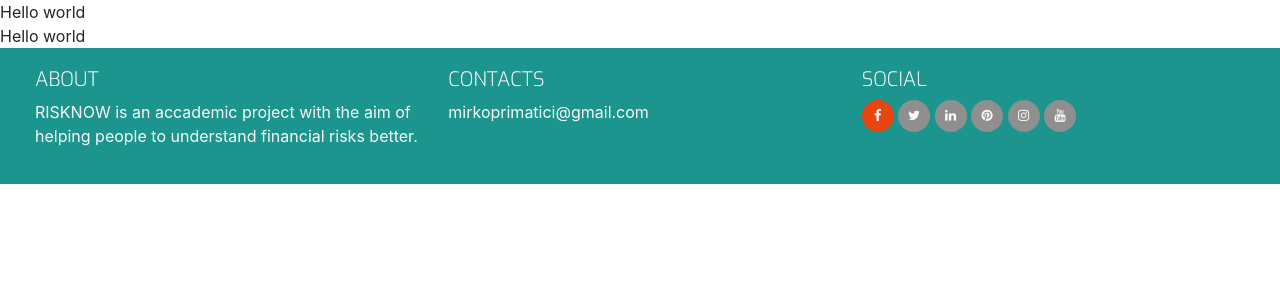
Repository: mirkoprimaticix/risknow.net
Page: index.html
The author's editor kept a record of every edit. The page is drawn from the files as they stood at one moment, then again after the next edit.
The browser window is 1280 px wide. The pictures show the whole page.
The pointer rests on the first visible `.social-links li a i`.
Some web libraries are served in a nearby version.

Above is the page before.
Console error: TypeError: Cannot read properties of undefined (reading 'fn')

After the next edit:
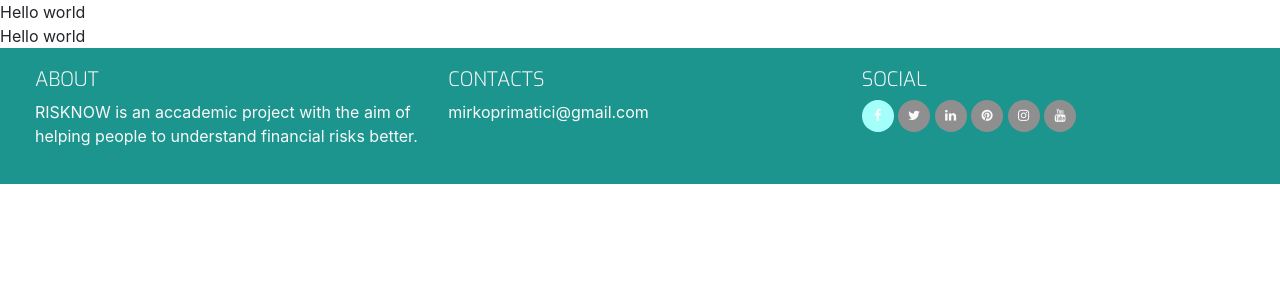
The edit:
--- a/assets/css/style.css
+++ b/assets/css/style.css
@@ -220,7 +220,7 @@
 }
 
 .social-links li a i:hover {
-    background: #e84610;
+    background: #A4FFFA;
 }
 
 #footer-details {
